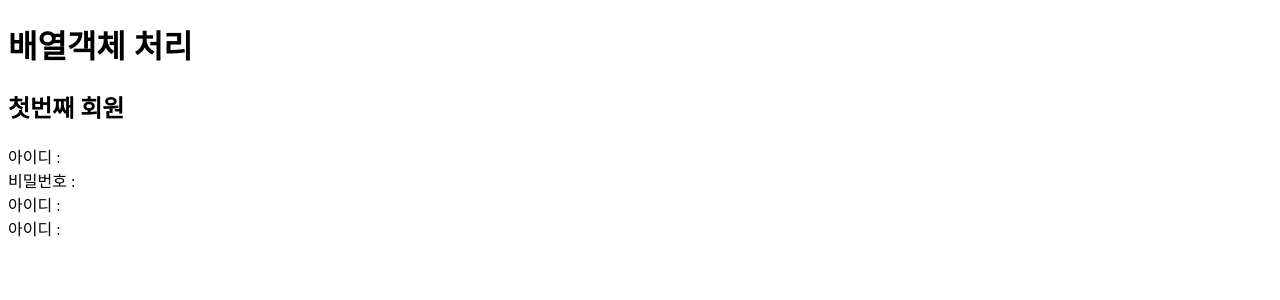
Repository: ajtwls1256/Web-workspace
Page: http://localhost/Day55-jspTag/EL/jsp_EL_Test3.jsp
The author's editor kept a copy of each file at every save. The page is drawn from the files as they stood at one save, then again after the next save.
The browser window is 1280 px wide. The pictures show the whole page.
The page is served by Tomcat 9.

Above is the page before, as saved 2019-10-14 02:13:54.

### Day55-jspTag/WebContent/EL/jsp_EL_Test3.jsp
<%@ page language="java" contentType="text/html; charset=UTF-8"
    pageEncoding="UTF-8"%>
<!DOCTYPE html PUBLIC "-//W3C//DTD HTML 4.01 Transitional//EN" "http://www.w3.org/TR/html4/loose.dtd">
<html>
<head>
<meta http-equiv="Content-Type" content="text/html; charset=UTF-8">
<title>Insert title here</title>
</head>
<body>
	<h1>배열객체 처리</h1>
	<h2>첫번째 회원</h2>
	아이디 : ${members[0].id }<br>
	비밀번호 : ${members[0].pw }<br>
	아이디 : ${members[0].id }<br>
	아이디 : ${members[0].id }<br>

</body>
</html>

After the next save:
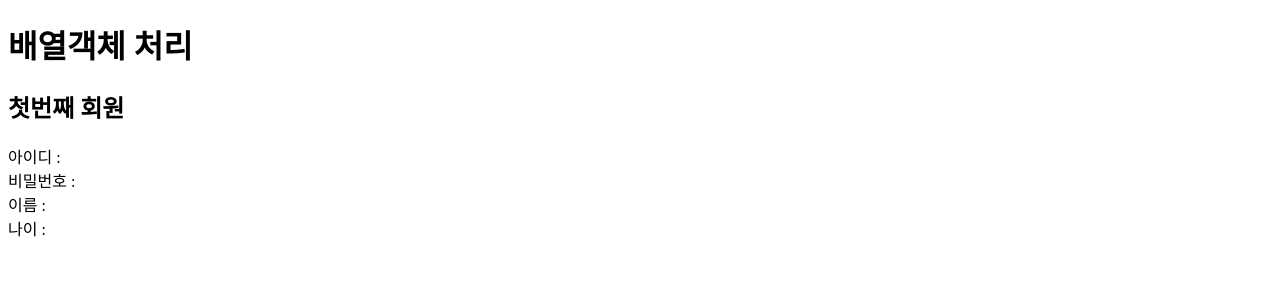
Saved 18 s later.
--- a/Day55-jspTag/WebContent/EL/jsp_EL_Test3.jsp
+++ b/Day55-jspTag/WebContent/EL/jsp_EL_Test3.jsp
@@ -11,8 +11,8 @@
 	<h2>첫번째 회원</h2>
 	아이디 : ${members[0].id }<br>
 	비밀번호 : ${members[0].pw }<br>
-	아이디 : ${members[0].id }<br>
-	아이디 : ${members[0].id }<br>
+	이름 : ${members[0].name }<br>
+	나이 : ${members[0].age }<br>
 
 </body>
 </html>
